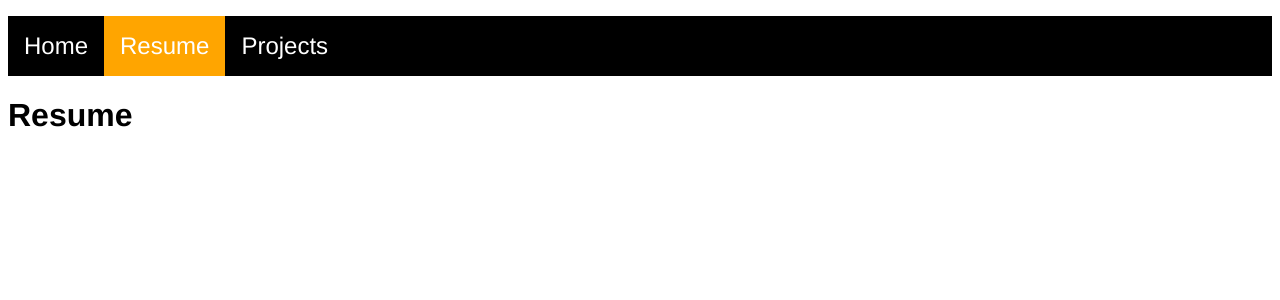
Repository: TangDylan/TangDylan.github.io
Page: resume.html
The author's editor kept a record of every edit. The page is drawn from the files as they stood at one moment, then again after the next edit.
The browser window is 1280 px wide. The pictures show the whole page.

Above is the page before.

### resume.html
<!DOCTYPE html>
<html>
    <head>

        <title>Home</title>

        <style>

          * {
            font-family:helvetica;
          }

          .navbar {
            list-style:none;
            background-color:black;
            overflow:hidden;
            padding:0;
          }

          .navbar a, .dropdown div {
            text-decoration:none;
            color:white;
            font-size:24px;
            padding: 16px;
            display:inline-block
          }

          .navbar li {
            float:left;
          }

          .navbar li:hover {
          background-color:lightblue;
          }

          .dropdown-content {
            list-style:none;
            padding:0;
            display:none;
            position:absolute;
            z-index:1;
            background-color:black;
          }

          .dropdown-content li {
            float:none;
          }

          .dropdown:hover .dropdown-content {
           display:block;
          }

          .active {
           background-color:orange;
          }



        </style>
    </head>

    <body>

      <ul class="navbar">
        <li><a href="index.html">Home</a></li>
        <li class="active"><a href="resume.html">Resume</a></li>
        <li class="dropdown">
          <div>Projects</div>
          <ul class="dropdown-content">
            <li><a href="#">Project 1</a></li>
            <li><a href="#">Project 2</a></li>
            <li><a href="#">Project 3</a></li>

          </ul>

        </li>

      </ul>

        <h1>
          Resume
        </h1>


    </body>

</html>

### style.css



  <style>

          * {
            font-family:helvetica;
          }

          .navbar {
            list-style:none;
            background-color:black;
            overflow:hidden;
            padding:0;

          }

          .navbar a, .dropdown div {
            text-decoration:none;
            color:white;
            font-size:24px;
            padding: 16px;
            display:inline-block
          }

          .navbar li {
            float:left;
          }

          .navbar li:hover {
          background-color:lightblue;
          }

          .dropdown-content {
            list-style:none;
            padding:0;
            display:none;
            position:absolute;
            z-index:1;
            background-color:black;
          }

          .dropdown-content li {
            float:none;
          }

          .dropdown:hover .dropdown-content {
           display:block;
          }

          .active {
           background-color:orange;
          }

        </style>

After the next edit:
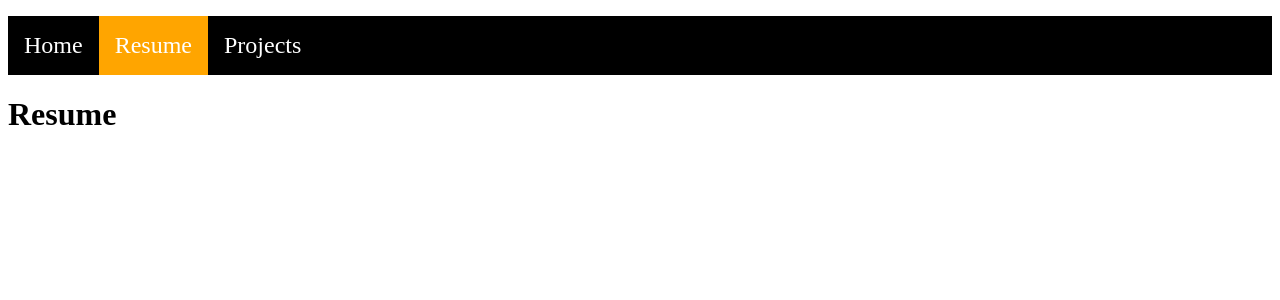
The edit:
--- a/resume.html
+++ b/resume.html
@@ -2,61 +2,10 @@
 <html>
     <head>
 
-        <title>Home</title>
+        <title>Resume</title>
 
-        <style>
+        <link rel="stylesheet" type="text/css" href="style.css">
 
-          * {
-            font-family:helvetica;
-          }
-
-          .navbar {
-            list-style:none;
-            background-color:black;
-            overflow:hidden;
-            padding:0;
-          }
-
-          .navbar a, .dropdown div {
-            text-decoration:none;
-            color:white;
-            font-size:24px;
-            padding: 16px;
-            display:inline-block
-          }
-
-          .navbar li {
-            float:left;
-          }
-
-          .navbar li:hover {
-          background-color:lightblue;
-          }
-
-          .dropdown-content {
-            list-style:none;
-            padding:0;
-            display:none;
-            position:absolute;
-            z-index:1;
-            background-color:black;
-          }
-
-          .dropdown-content li {
-            float:none;
-          }
-
-          .dropdown:hover .dropdown-content {
-           display:block;
-          }
-
-          .active {
-           background-color:orange;
-          }
-
-
-
-        </style>
     </head>
 
     <body>
